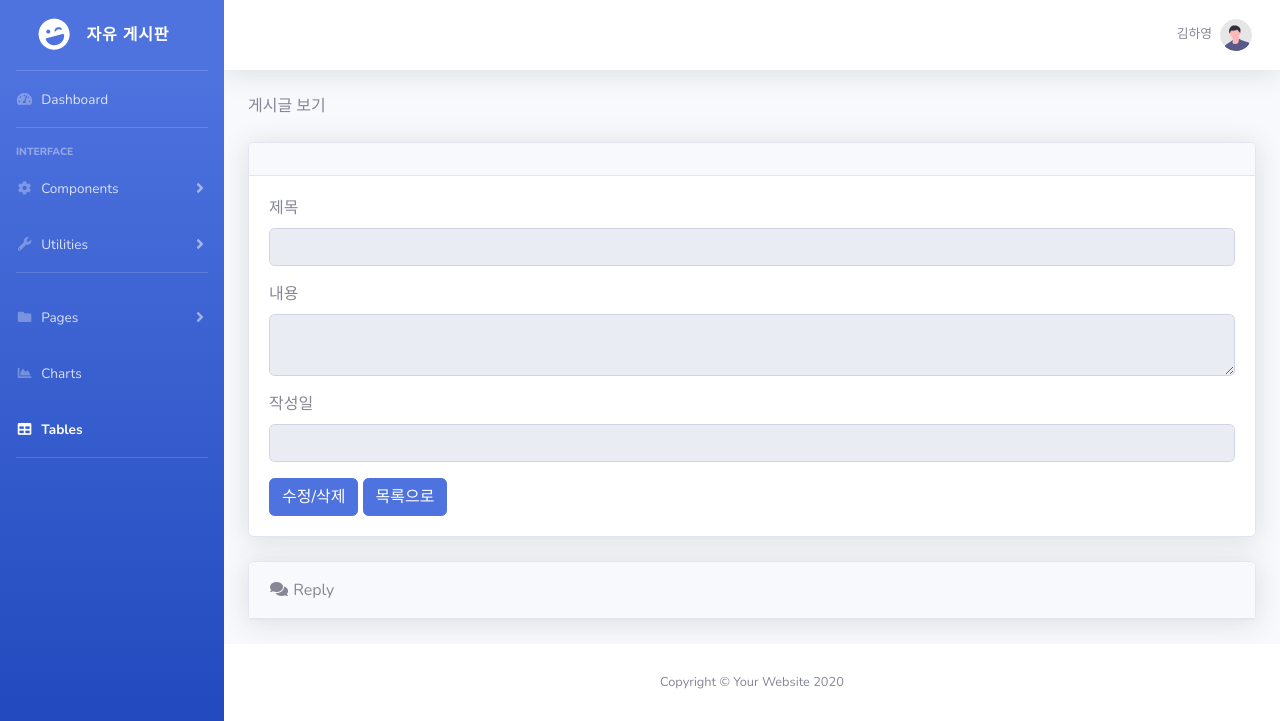
Repository: kimhayoungee/restBoard
Page: http://localhost/board/WEB-INF/views/board/detail.jsp
The author's editor kept a copy of each file at every save. The page is drawn from the files as they stood at one save, then again after the next save.
The browser window is 1280 px wide. The pictures show the whole page.
The page is served by Tomcat 9. Nobody is signed in. The template is opened directly, without the code that normally fills it, so the values that code supplies are empty.

Above is the page before, as saved 2021-03-12 16:35:23.

After the next save:
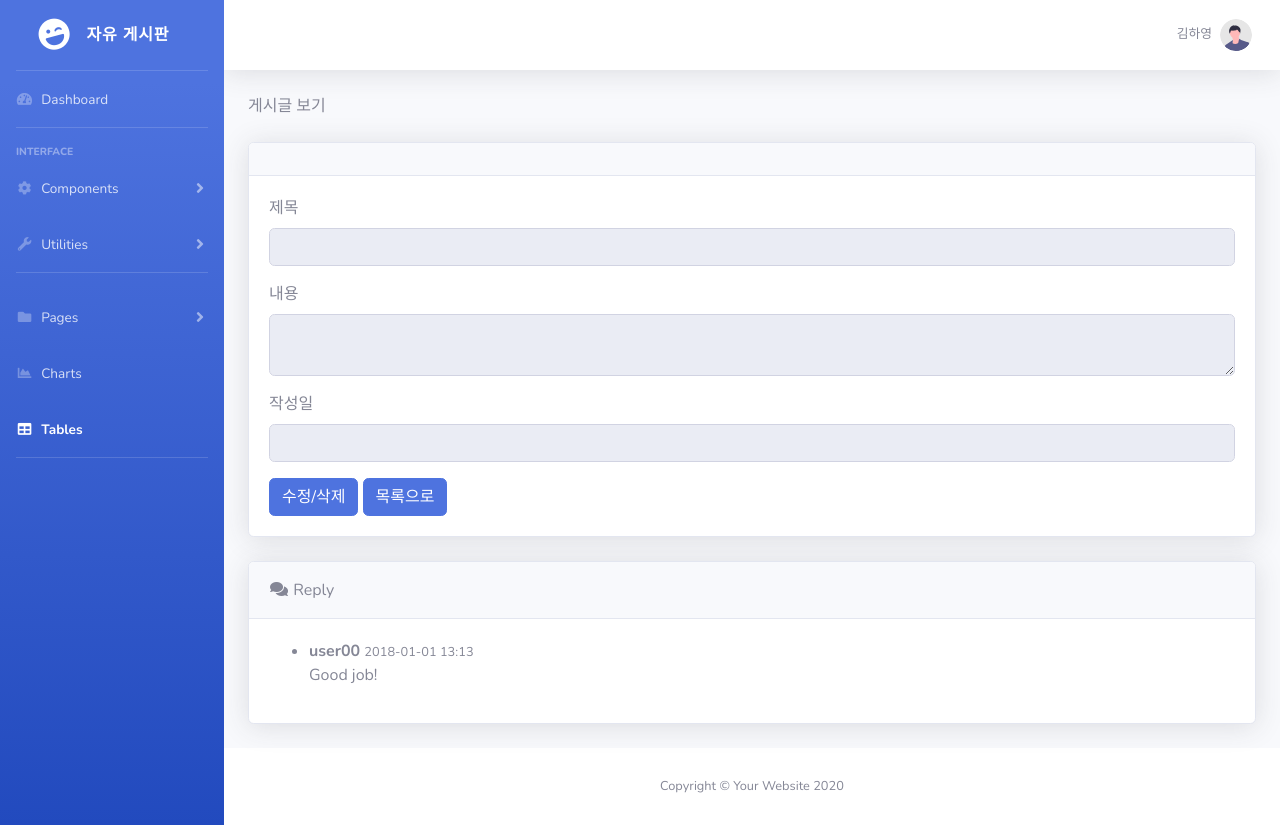
Saved 2 min 18 s later.
--- a/board/src/main/webapp/WEB-INF/views/board/detail.jsp
+++ b/board/src/main/webapp/WEB-INF/views/board/detail.jsp
@@ -286,6 +286,20 @@
 						<div class="card-header py-3">
 							<i class="fa fa-comments fa-fw"></i> Reply
 						</div>
+
+						<div class="card-body">
+							<ul class="chat">
+								<li class="left clearfix" data-rno='12'>
+									<div>
+										<div class="header">
+											<strong class="primary-font">user00</strong>
+											<small class="pull-right text-muted">2018-01-01 13:13</small>
+										</div>
+										<p>Good job!</p>
+									</div>
+								</li>
+							</ul>
+						</div>
 					</div>
                 </div>
                 <!-- /.container-fluid -->
